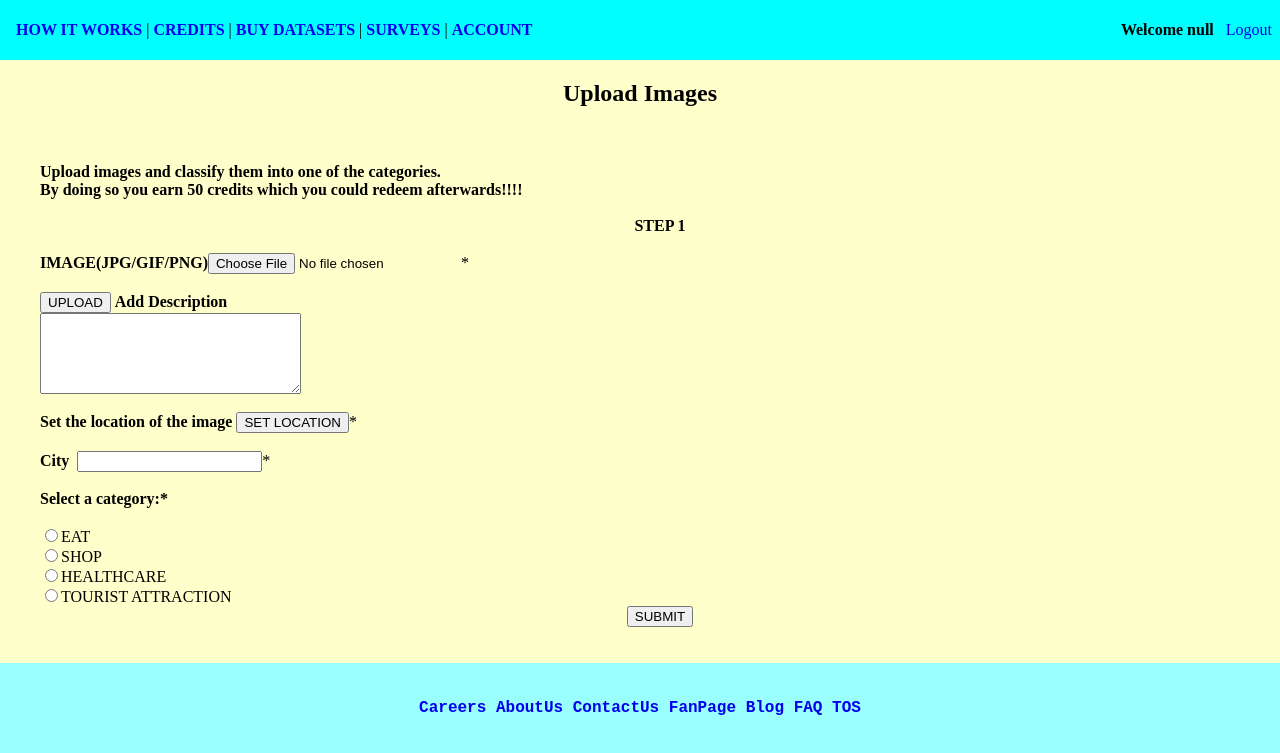
Repository: nicks707/LocoShack_TGMC-project
Page: http://localhost/ram/uploadphoto.jsp
These files come from the project's save history. The page is drawn as it stood at one moment and after the next save; the edit follows.
The browser window is 1280 px wide. The pictures show the whole page.
The page is served by Tomcat 9.

Above is the page before, as saved 2012-03-20 14:38:10.

After the next save:
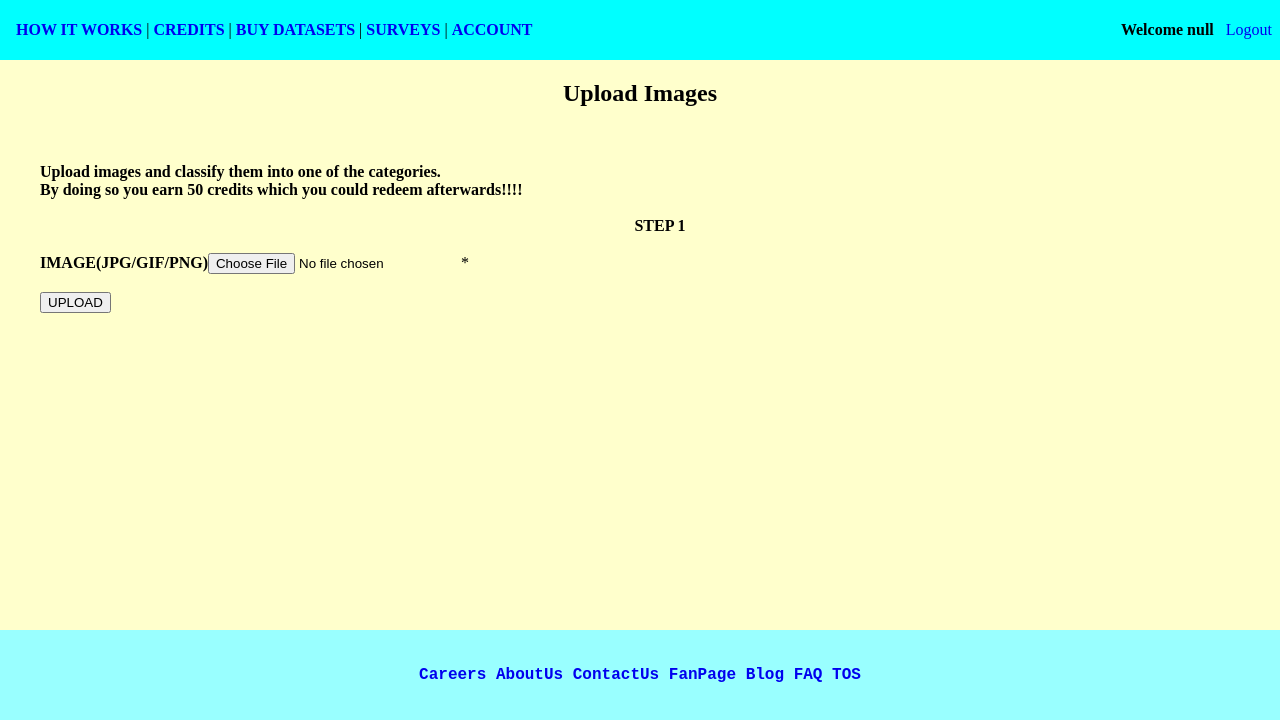
Saved 40 s later.
--- a/ram/WebContent/uploadphoto.jsp
+++ b/ram/WebContent/uploadphoto.jsp
@@ -41,18 +41,6 @@ By doing so you earn 50 credits which you could redeem afterwards!!!!</b><br/><b
 <center><b>STEP 1</b></center><br/>
 <b>IMAGE(JPG/GIF/PNG)</b><input type="file" name="image" id="image" size="40">*<br/><br/>
 <input type="submit" value="UPLOAD">
-<b>Add Description</b><br/>
-<textarea rows="5" cols="30" name="des" id="des"></textarea><br/><br/>
-<b>Set the location of the image</b>&nbsp;<input type="button" value="SET LOCATION" onclick="window.open('setloc2.jsp','setloc2')">*<br/><br/>
-<input type="hidden" name="lat" id="lat" value="">
-<input type="hidden" name="lon" id="lon" value="">
-<b>City</b>&nbsp;&nbsp;<input type="text" name="city" id="city">*<br/><br/>
-<b>Select a category:*</b><br/><br/>
-<input type="radio" name="cat" value="eat">EAT<br/>
-<input type="radio" name="cat" value="shop">SHOP<br/>
-<input type="radio" name="cat" value="health">HEALTHCARE<br/>
-<input type="radio" name="cat" value="tour">TOURIST ATTRACTION<br/>
-<div align="center"><input type="submit" value="SUBMIT"></div><br/><br/>
 
 </form>
 </td></tr>
